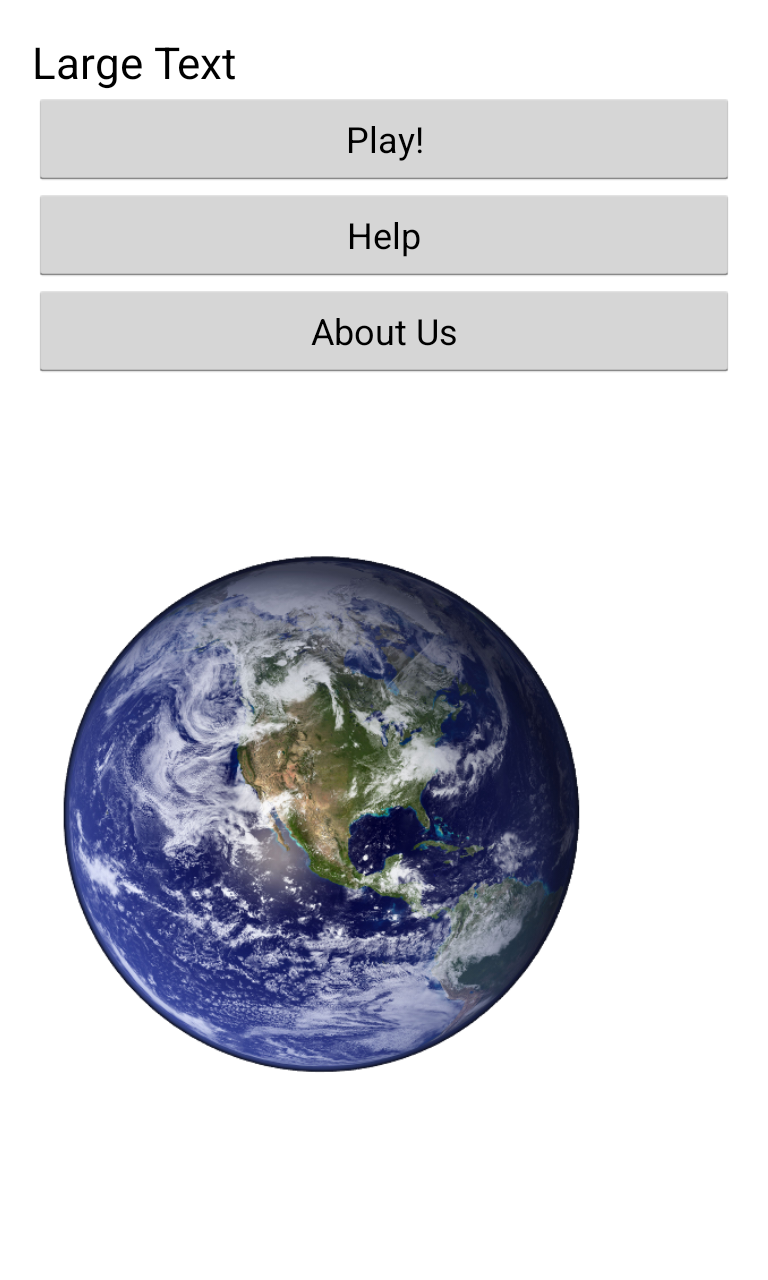
Repository: AGNT/Mobile_application_SU13
Layout: android/Locate/res/layout/activity_menu.xml
These files come from the project's save history. The layout is drawn as it stood at one moment and after the next save; the edit follows.
It is drawn on a 768 x 1280 px phone screen (xhdpi) without system bars, with theme AppTheme; the app's code is not run.

Above is the layout before, as saved 2013-08-05 16:16:09.

After the next save:
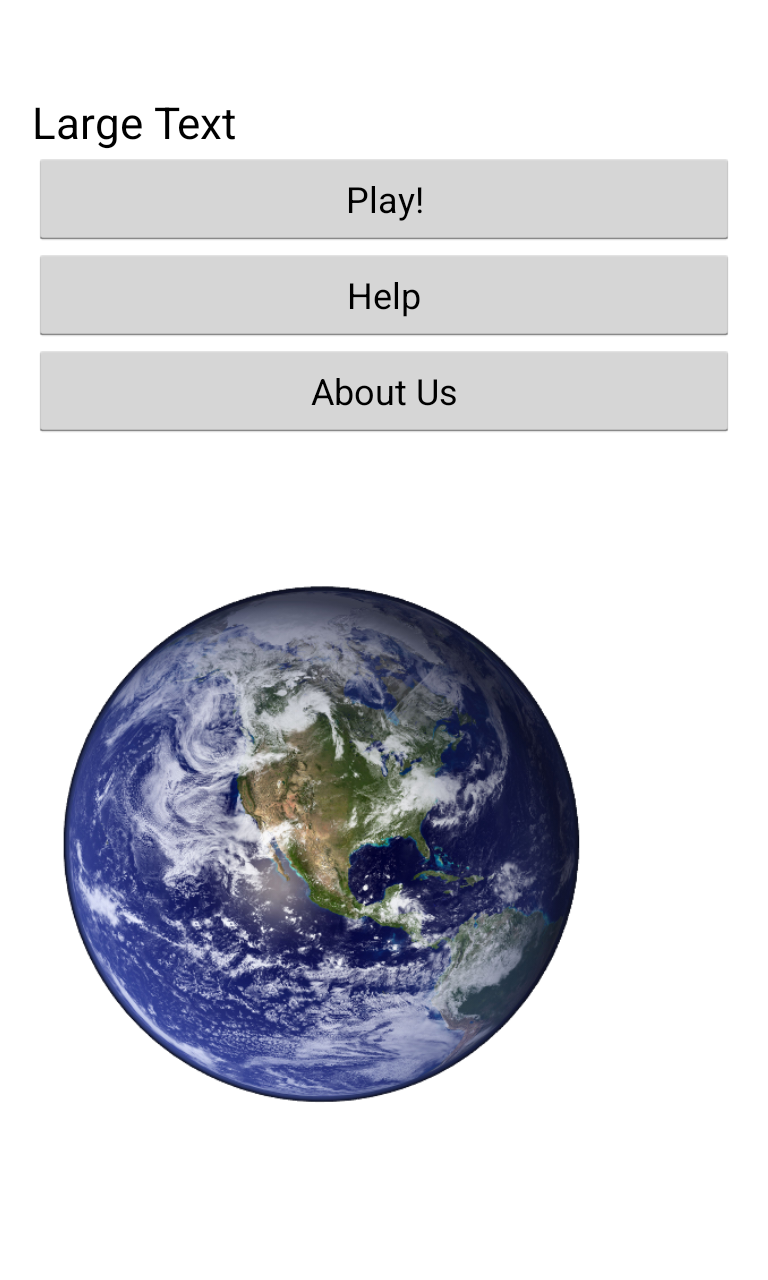
Saved 5 s later.
--- a/android/Locate/res/layout/activity_menu.xml
+++ b/android/Locate/res/layout/activity_menu.xml
@@ -11,7 +11,7 @@
 
     <Space
         android:layout_width="match_parent"
-        android:layout_height="30dpi" />
+        android:layout_height="30dp" />
 
     <TextView
         android:id="@+id/textView1"
